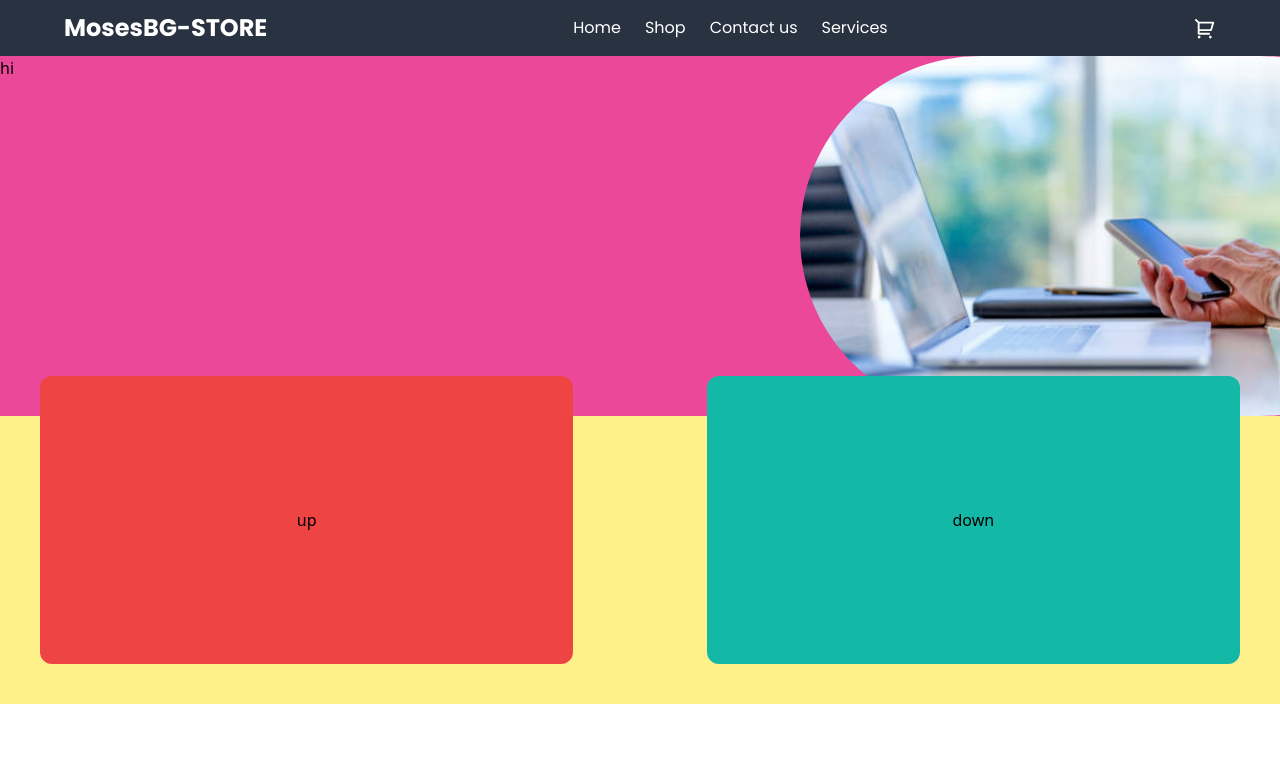
Repository: moshebengan/cart
Page: /fake-store/contact-us
The author's editor kept a copy of each file at every save. The page is drawn from the files as they stood at one save, then again after the next save.
The browser window is 1280 px wide. The pictures show the whole page.
The project was rebuilt for these pictures with package versions that can differ from the ones it lists, and the page was loaded fresh each time. Also part of the build but not shown: vite.config.js, src/components/Error.jsx, src/utils/data.js, src/utils/apiCalls.js, src/components/Loading.jsx, src/components/Products.jsx, src/components/Footer.jsx, src/pages/HomePage.jsx and 5 more.

Above is the page before, as saved 2024-09-16 08:47:07.

### index.html
<!DOCTYPE html>
<html lang="en">
  <head>
    <meta charset="UTF-8" />
    <link rel="icon" type="image/svg+xml" href="/vite.svg" />
    <meta name="viewport" content="width=device-width, initial-scale=1.0" />
    <link rel="preconnect" href="https://fonts.googleapis.com" />
    <link rel="preconnect" href="https://fonts.gstatic.com" crossorigin />
    <link
      href="https://fonts.googleapis.com/css2?family=Poppins:ital,wght@0,100;0,200;0,300;0,400;0,500;0,600;0,700;0,800;0,900;1,100;1,200;1,300;1,400;1,500;1,600;1,700;1,800;1,900&display=swap"
      rel="stylesheet"
    />
    <title>MosesBG-SHOP</title>
  </head>
  <body>
    <div id="root"></div>
    <script type="module" src="/src/main.jsx"></script>
  </body>
</html>

### src/main.jsx
import { StrictMode } from 'react'
import { createRoot } from 'react-dom/client'

import './index.css'
import { createBrowserRouter, RouterProvider } from 'react-router-dom'
import routes from './routes.jsx'

const router = createBrowserRouter(routes)

createRoot(document.getElementById('root')).render(
  <StrictMode>
    <RouterProvider router={router} />
  </StrictMode>,
)

### src/index.css
@tailwind base;
@tailwind components;
@tailwind utilities;

body,
html {
  height: 100%;
  width: 100%;
}

.container {
  width: 90%;
  margin: auto;
}

### src/routes.jsx
import Error from "./components/Error";
import ContactUs from "./pages/ContactUs";
import HomePage from "./pages/HomePage";
import MyCart from "./pages/MyCart";
import NavigationBar from "./pages/NavigationBar";
import ShopPage from "./pages/ShopPage";


const routes = [
	{
		path: '/fake-store',
		element: <NavigationBar />,
		children: [
			{
				path:"home",
				element:<HomePage/>,
				errorElement: <Error/>
			},
			{ 	path: 'shop',
				 	element: <ShopPage />,
					errorElement: <Error/>

			},
			{
				path: 'cart',
				element: <MyCart />,
				errorElement: <Error/>
			},
			{
				path:'contact-us',
				element: <ContactUs/>,
				errorElement: <Error />
			}
		]

	},

];

export default routes

### src/pages/ContactUs.jsx


const ContactUs = () => {
  return (
    <div className="w-full h-screen flex flex-col overflow-x-hidden">
    <div className="bg-dark-blue w-full h-[50%] relative">
        <div className="h-full bg-pink-500 flex flex-col">hi</div>
      <img src="/public/contactus2.jpg" alt="" className="w-[50%] h-full absolute -right-40 top-0 rounded-full object-cover"  />
      </div>
      <div className="w-full h-[40%] bg-yellow-200 flex flex-row relative">
        <div className="absolute ml-10 w-5/12 h-full bg-red-500 left-0  -top-10 flex items-center justify-center rounded-xl" >up</div>
        <div className="absolute mr-10 w-5/12 h-full bg-teal-500 right-0 -top-10 flex items-center justify-center rounded-xl">down</div>
        {/* <div className="absolute -top-10 left-10 bg-yellow-300 flex-initial w-64">left</div>
        <div className="absolute -top-10 right-10 bg-pink-400 flex-initial w-32 ">right</div> */}
      </div>
      <div className="bg-white w-full h-[10%]"></div>
    </div>
  )
}

export default ContactUs

### src/pages/NavigationBar.jsx
import { useState } from "react";
import { Link, Outlet } from "react-router-dom";
import { IoMdMenu, IoMdClose } from "react-icons/io";
import Cart from "../components/Cart";

const NavigationBar = () => {
  const [isOpen, setIsOpen] = useState(false);
  const [cartItems, setCartItems] = useState(0);

  const openNav = () => {
    setIsOpen(!isOpen);
  };

  const resetNav = () => {
    if (isOpen) setIsOpen(!isOpen);
  };

  return (
    <>
      <div className="w-full bg-dark-blue font-poppins">
        <div className="container">
          <nav className="py-3 flex justify-between items-center text-white">
            <h1 className="font-bold text-2xl">MosesBG-STORE</h1>
            <div className="hidden md:flex gap-6">
              <Link to={"/fake-store/home"}>Home</Link>
              <Link to={"/fake-store/shop"}>Shop</Link>
              <Link to={"/fake-store/contact-us"}>Contact us</Link>
              <Link>Services</Link>
            </div>
            <div className="flex flex-row items-center gap-5">
              <Cart resetNav={resetNav} items={cartItems} />
              <div className="z-50 md:hidden">
                <button className="flex items-center">
                  {isOpen ? (
                    <IoMdClose className="p1" onClick={openNav} />
                  ) : (
                    <IoMdMenu className="p1" onClick={openNav} />
                  )}
                </button>
              </div>
            </div>
          </nav>
          <div
            className={`container text-dark-blue ${
              isOpen ? "block" : "hidden"
            } `}
          >
            <div className="z-40 fixed top-0 left-0 bottom-0 w-full bg-dark-blu opacity-35"></div>
            <nav className="z-50 fixed top-0 left-0 bottom-0 flex flex-col gap-10 w-5/6 max-w-sm py-6 px-6 bg-[#F8F8F8] overflow-y-auto">
              <div>
                <h1 className="font-bold text-3xl">MosesBG-SHOP</h1>
                <hr className="h-px mt-3 bg-gray-200 border-0" />
              </div>
              <div className="flex flex-col gap-5">
                <Link
                  to={"/fake-store"}
                  className="nav-item-hover"
                  onClick={resetNav}
                >
                  Home
                </Link>
                <Link
                  to={"/fake-store/shop"}
                  className="nav-item-hover"
                  onClick={resetNav}
                >
                  Shop
                </Link>
                <Link className="nav-item-hover">Contact Us</Link>
                <Link className="nav-item-hover">Services</Link>
                <hr className="h-px mt-3 bg-gray-200 border-0" />
              </div>
            </nav>
          </div>
        </div>
      </div>
      <div className="h-screen w-auto">
        <Outlet context={[cartItems, setCartItems]} />
      </div>
    </>
  );
};

export default NavigationBar;

### src/components/Cart.jsx
import { RiShoppingCart2Line } from "react-icons/ri";
import { Link } from "react-router-dom";

const Cart = ({ resetNav, items }) => {
  return (
    <Link to={"/fake-store/cart"} onClick={resetNav}>
      <div className="relative">
        <RiShoppingCart2Line size={"1.4em"} />
        <span className="absolute text-xs bg-orange-500 p-0.3 px-1 text-red-50 rounded-full -top-1.5 left-4">
          {items > 0 ? items : ""}
        </span>
      </div>
    </Link>
  );
};

export default Cart;

### tailwind.config.js
/** @type {import('tailwindcss').Config} */
export default {
  content: [
    "./index.html",
    "./src/**/*.{js,ts,jsx,tsx}",
  ],
  theme: {
    fontFamily: {
      poppins: ["Poppins", "sans-serif"]
    },
    extend: {
      backgroundImage: {
        "homepage-image": "url('/public/bghomepage.jpg')",
        "homepage-darker": "url('/public/darkerbg.jpg')",
        "contact-us-image": "url('/public/contactus.jpg')"
      },
      colors: {
      "dark-blue": "#293241"
    },
    keyframes: {
      'fade-in-out': {
        '0%': { opacity: '0', transform: 'scale(0.95)' },
        '100%': { opacity: '1', transform: 'scale(1)' },
      },
    },
    animation: {
      'fade-in-out': 'fade-in-out 0.5s ease-in-out', // Customize duration and easing
    },
  }
  },
  plugins: [],
}

After the next save:
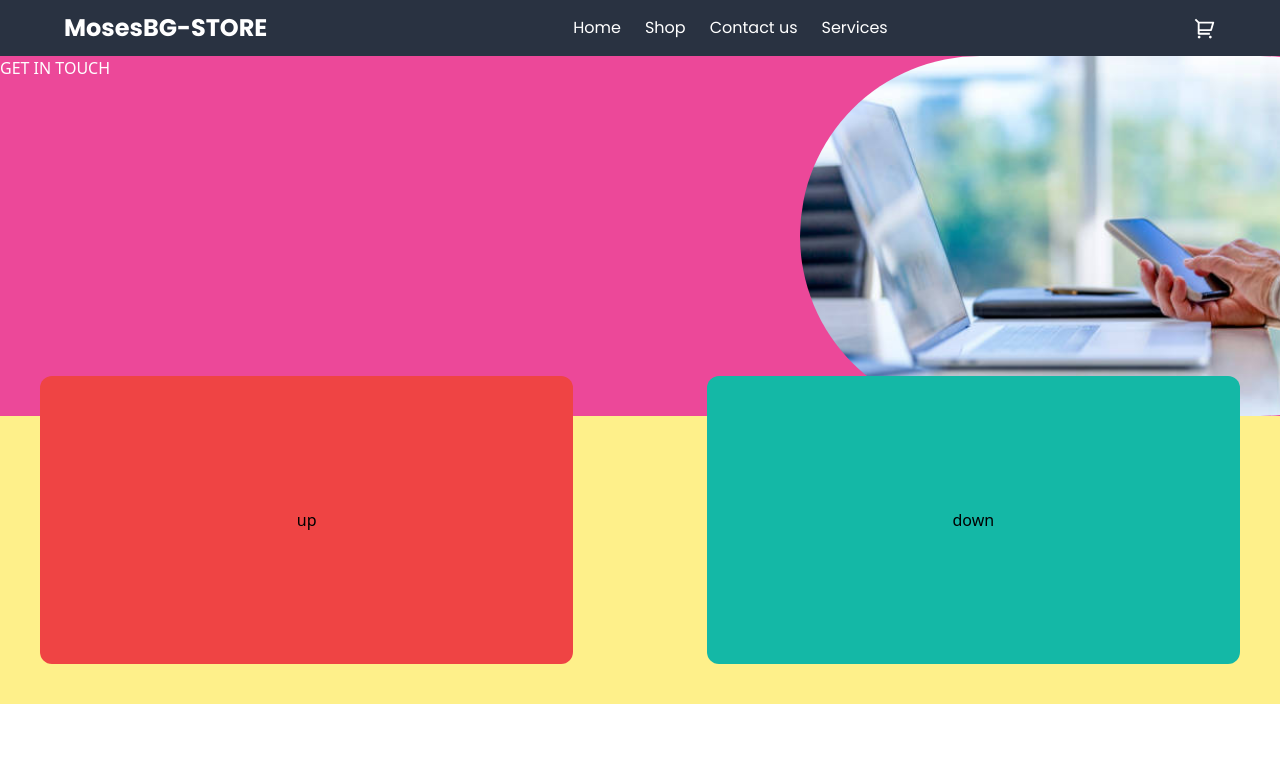
Saved 95 s later.
--- a/src/pages/ContactUs.jsx
+++ b/src/pages/ContactUs.jsx
@@ -4,7 +4,9 @@ const ContactUs = () => {
   return (
     <div className="w-full h-screen flex flex-col overflow-x-hidden">
     <div className="bg-dark-blue w-full h-[50%] relative">
-        <div className="h-full bg-pink-500 flex flex-col">hi</div>
+        <div className="h-full bg-pink-500 flex flex-col">
+            <h3 className="text-white">GET IN TOUCH</h3>
+        </div>
       <img src="/public/contactus2.jpg" alt="" className="w-[50%] h-full absolute -right-40 top-0 rounded-full object-cover"  />
       </div>
       <div className="w-full h-[40%] bg-yellow-200 flex flex-row relative">
